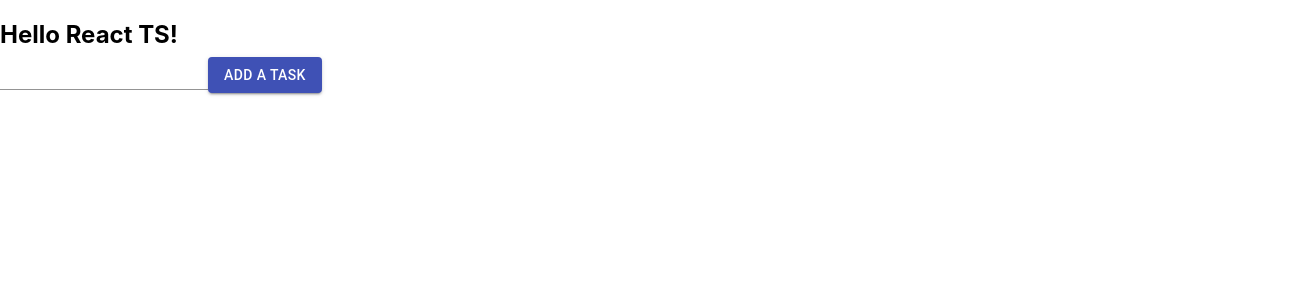
Repository: Salvaaragon/ItemListReact
Page: /
The author's editor kept a copy of each file at every save. The page is drawn from the files as they stood at one save, then again after a run of saves.
The browser window is 1280 px wide. The page is 1292 px wide, so the pictures cover 1292 px, including what lies to the right of the window. The pictures show the whole page.
The project was rebuilt for these pictures with package versions that can differ from the ones it lists, and the page was loaded fresh each time. Also part of the build but not shown: src/components/TasksListItem.tsx.

Above is the page before, as saved 2019-08-04 11:27:45.

### src/App.tsx
import React, { Component } from 'react';
import { Task } from './models/task';
import { NewTaskForm } from './components/NewTaskForm';
import { TasksList } from './components/TaskList';

interface State {
	newTask: Task;
	tasks: Task[];
}

class App extends Component<{}, State> {

	private addTask = (event: React.FormEvent<HTMLFormElement>) => {
		event.preventDefault();

		this.setState(previousState => ({
			newTask: {
				id: previousState.newTask.id + 1,
				name: ""
			},
			tasks: [...previousState.tasks, previousState.newTask]
		}));
	};

	private handleTaskChange = (event: React.ChangeEvent<HTMLInputElement>) => {
		this.setState({
			newTask: {
				...this.state.newTask,
				name: event.target.value
			}
		});
	};

	private deleteTask = (taskToDelete: Task) => {
		this.setState(previousState => ({
			tasks: [
				...previousState.tasks.filter(task => task.id !== taskToDelete.id)
			]
		}));
	};


	state = {
		newTask: {
			id: 1,
			name: ""
		},
		tasks: []
	}

	render() {
		return(
			<div>
				<h2>Hello React TS!</h2>
				<NewTaskForm
					task={this.state.newTask}
					onAdd={this.addTask}
					onChange={this.handleTaskChange}
				/>
				<TasksList tasks={this.state.tasks} onDelete={this.deleteTask}/>
			</div>
		)
	}
}

export default App;

### src/components/NewTaskForm.tsx
import React, { FunctionComponent } from "react";
import { Task } from "../models/task";
import ReactDOM from 'react-dom';
import Button from '@material-ui/core/Button';
import Input from '@material-ui/core/Input';
import Grid from '@material-ui/core/Grid';

interface Props {
    onChange: (event: React.ChangeEvent<HTMLInputElement>) => void;
    onAdd: (event: React.FormEvent<HTMLFormElement>) => void;
    task: Task;
}

export const NewTaskForm: FunctionComponent<Props> = ({
    onChange,
    onAdd,
    task,
}) => (
    <div>
        <Grid container spacing={3}>
            <form onSubmit={onAdd}>
                <Input onChange={onChange} value={task.name}/>
                <Button variant="contained" color="primary" type="submit">Add a task</Button>
            </form>
        </Grid>
    </div>
);

### src/components/TaskList.tsx
import React, { FunctionComponent } from "react";

import { Task } from "../models/task";
import { TaskListItem } from "./TasksListItem";

interface Props {
  tasks: Task[];
  onDelete: (task: Task) => void;
}

export const TasksList: FunctionComponent<Props> = ({ tasks, onDelete }) => (
  <ul>
    {tasks.map(task => (
      <TaskListItem task={task} onDelete={onDelete} />
    ))}
  </ul>
);

Loaded but not shown: public/index.html (common file); src/index.tsx (common file); src/index.css (common file); src/serviceWorker.ts (common file)

After the next 2 saves:
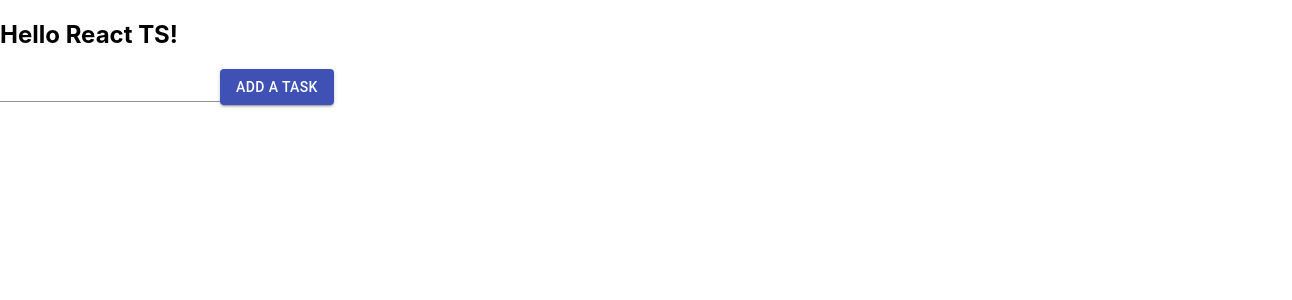
The 2 saves are shown as one change because 1 did not build or start.
The last was saved 47 s later.
--- a/src/components/NewTaskForm.tsx
+++ b/src/components/NewTaskForm.tsx
@@ -18,10 +18,12 @@ export const NewTaskForm: FunctionComponent<Props> = ({
 }) => (
     <div>
         <Grid container spacing={3}>
+            <Grid item xs>
             <form onSubmit={onAdd}>
                 <Input onChange={onChange} value={task.name}/>
                 <Button variant="contained" color="primary" type="submit">Add a task</Button>
             </form>
+            </Grid>
         </Grid>
     </div>
 );
